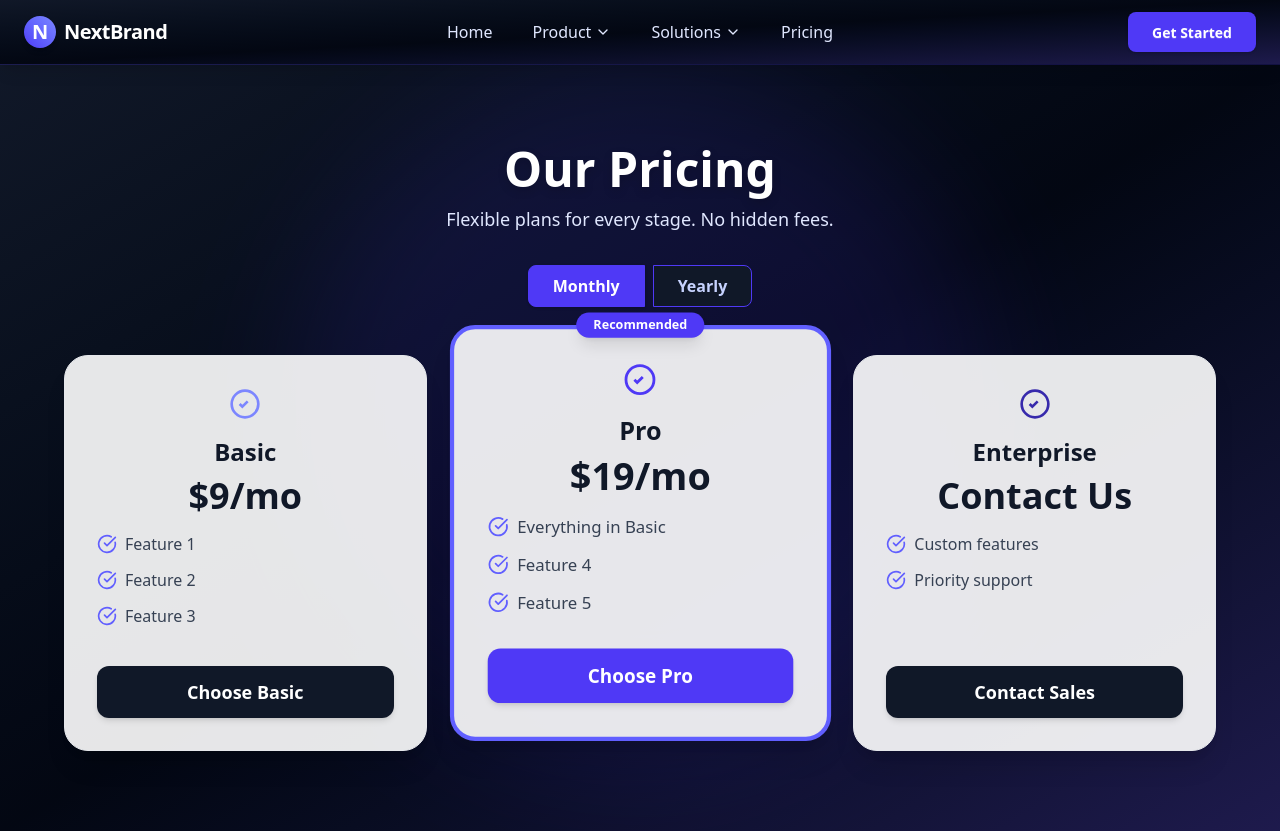
Repository: Chiranshukapil/Next_Brand
Page: /pricing
An editor plug-in stored every save of this project. The page is shown before and after the next save, followed by the edit.
The browser window is 1280 px wide. The pictures show the whole page.
The project was rebuilt for these pictures with package versions that can differ from the ones it lists, and the page was loaded fresh each time. Also part of the build but not shown: vite.config.js.

Above is the page before, as saved 2025-06-18 11:48:04.

After the next save:
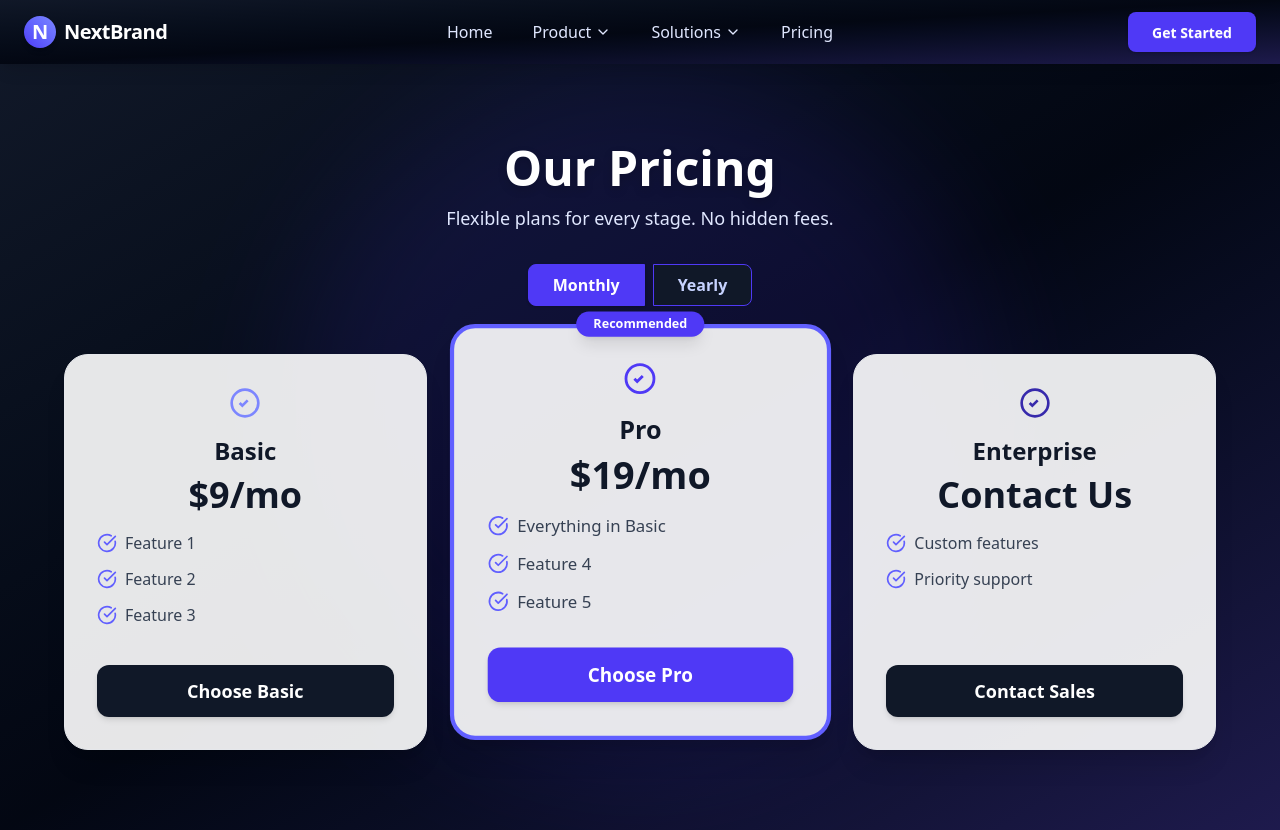
Saved 34 s later.
--- a/src/Components/NavBar.jsx
+++ b/src/Components/NavBar.jsx
@@ -30,7 +30,7 @@ export default function Navbar() {
   const [dropdownOpen, setDropdownOpen] = useState(null);
 
   return (
-    <nav className="sticky top-0 z-50 bg-gradient-to-br from-gray-900 via-gray-950 to-indigo-950 backdrop-blur-md bg-opacity-80 border-b border-indigo-800/30 shadow-lg flex justify-between items-center px-6 py-3">
+    <nav className="sticky top-0 z-50 bg-gradient-to-br from-gray-900 via-gray-950 to-indigo-950 backdrop-blur-md bg-opacity-80  shadow-lg flex justify-between items-center px-6 py-3">
       {/* Brand/Logo */}
       <div className="navbar-start">
         <Link
